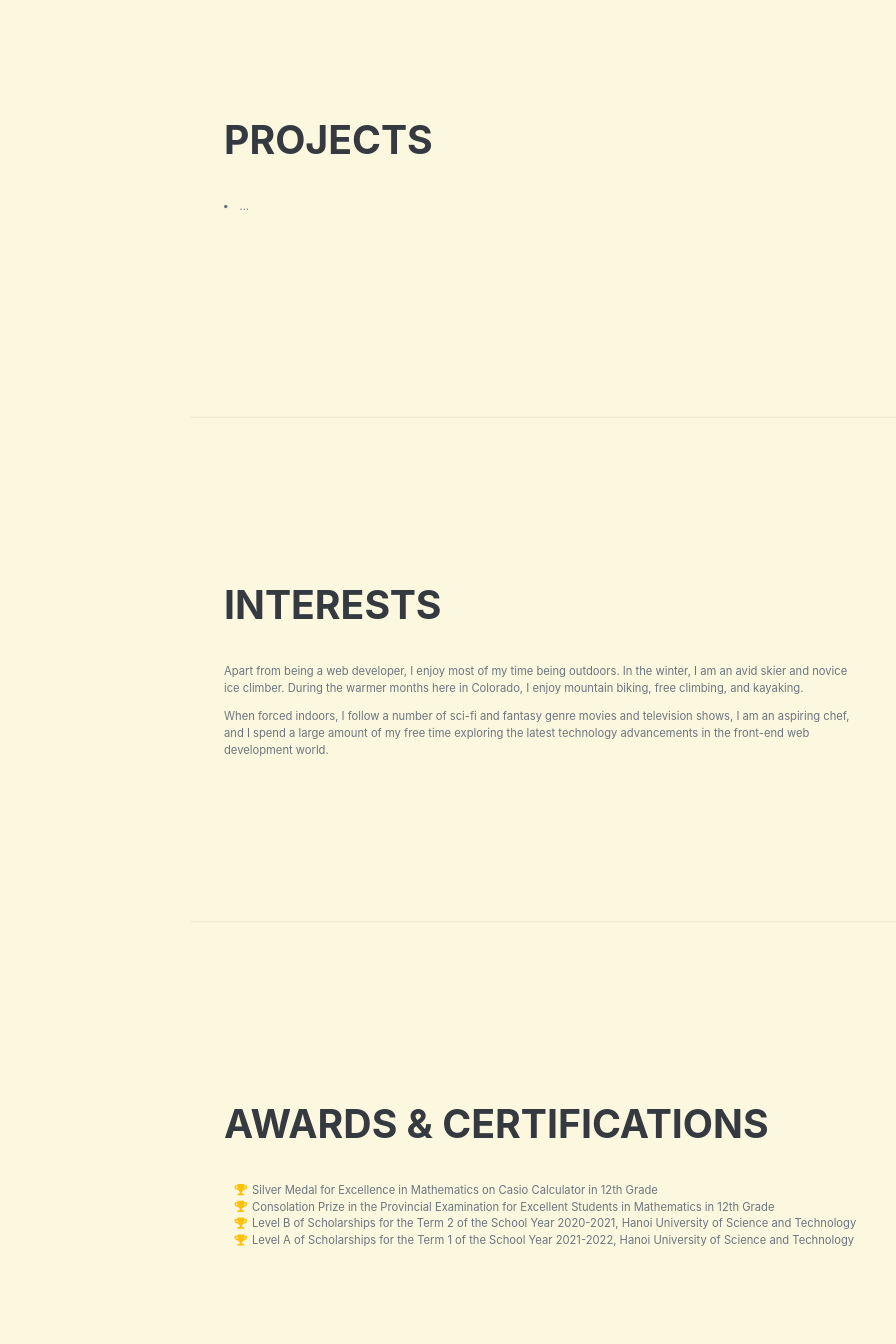
Repository: nguyenlcc/Online-CV
Page: index.html
These files come from the project's save history. The page is drawn as it stood at one moment and after the next save; the edit follows.
The browser window is 1280 px wide. The pictures show the part of the page from y = 3099 to 5019 px (the page is 5136 px tall), at 70% of full size.
Some web fonts or font styles are not loaded; a fallback is used. Some web libraries are served in a nearby version.

Above is the page before, as saved 2022-05-23 01:55:05.

After the next save:
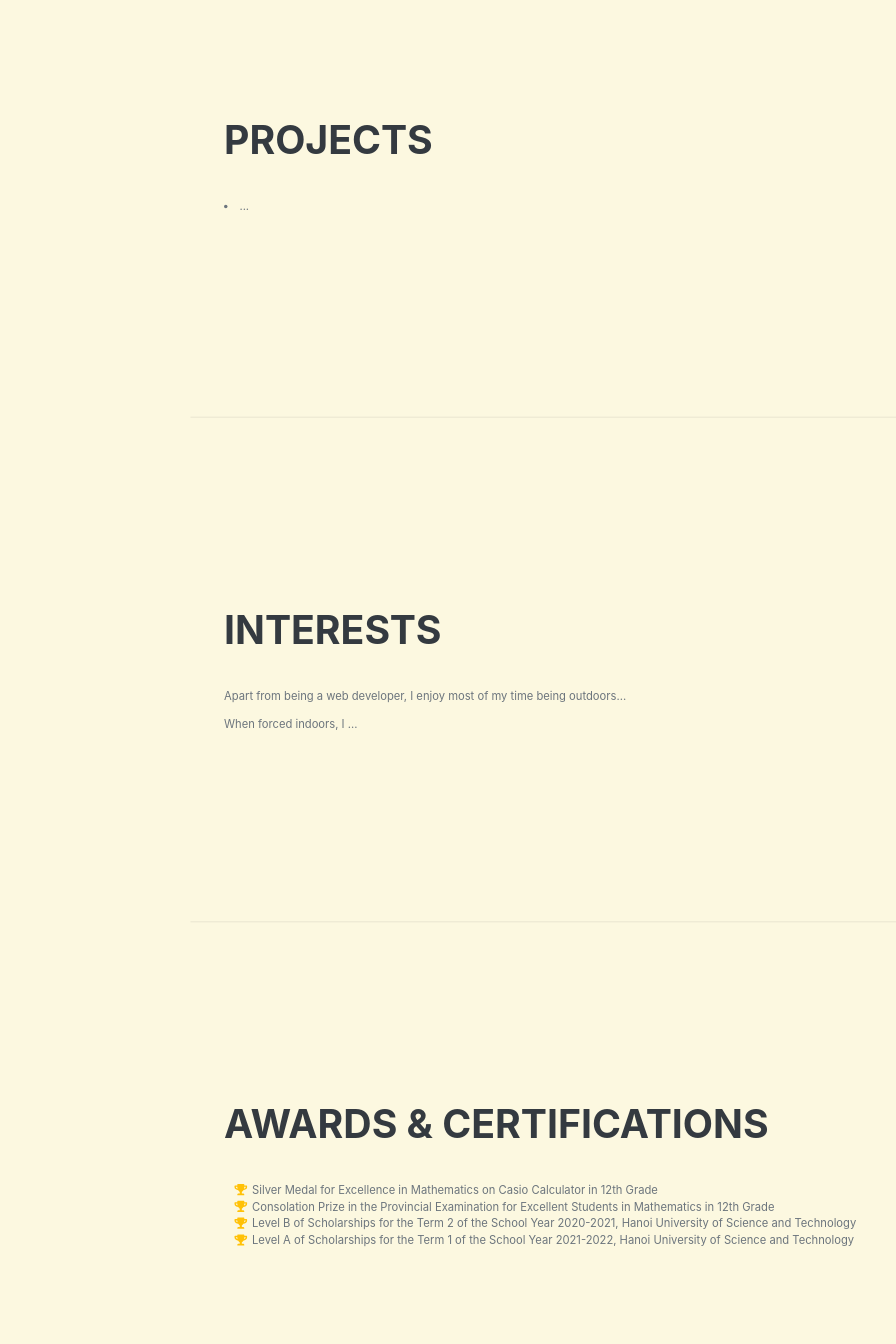
Saved 48 s later.
--- a/index.html
+++ b/index.html
@@ -248,15 +248,10 @@
           <h2 class="mb-5">Interests</h2>
           <p>
             Apart from being a web developer, I enjoy most of my time being
-            outdoors. In the winter, I am an avid skier and novice ice climber.
-            During the warmer months here in Colorado, I enjoy mountain biking,
-            free climbing, and kayaking.
+            outdoors...
           </p>
           <p class="mb-0">
-            When forced indoors, I follow a number of sci-fi and fantasy genre
-            movies and television shows, I am an aspiring chef, and I spend a
-            large amount of my free time exploring the latest technology
-            advancements in the front-end web development world.
+            When forced indoors, I ...
           </p>
         </div>
       </section>
